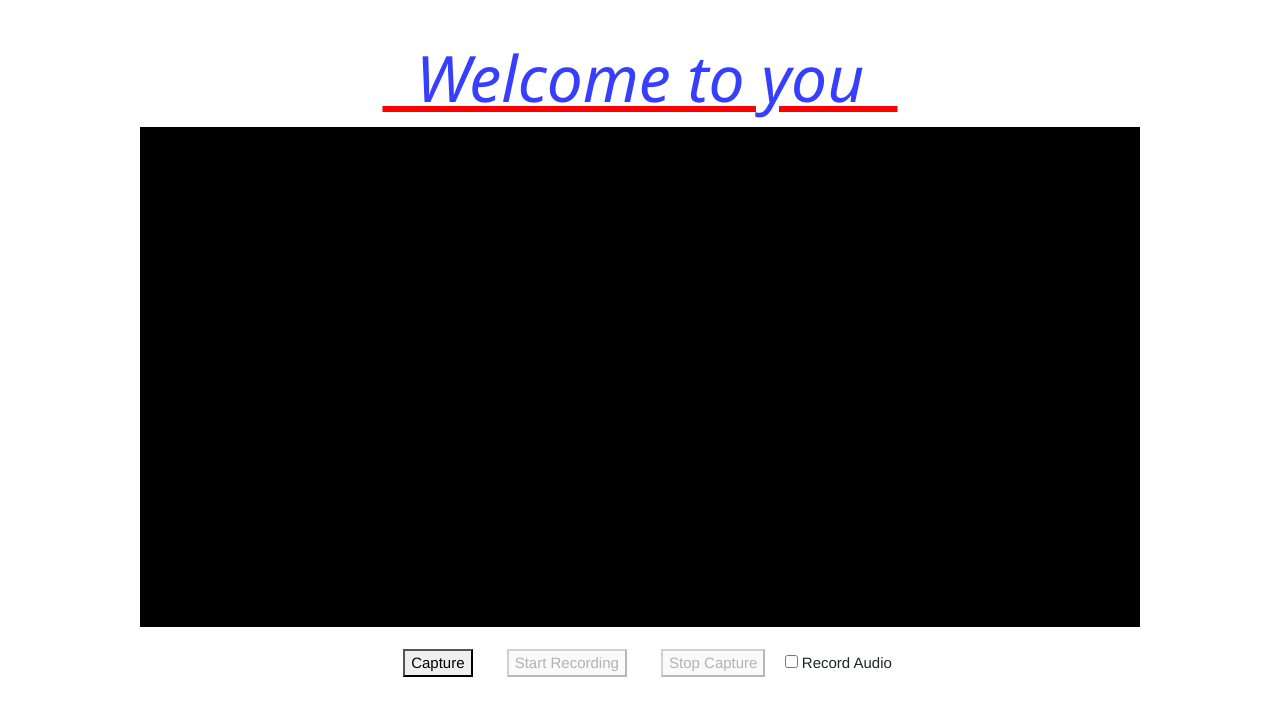
Repository: santiljanomalaj/recording_youtube
Page: index.html
The author's editor kept a copy of each file at every save. The page is drawn from the files as they stood at one save, then again after the next save.
The browser window is 1280 px wide. The pictures show the whole page.

Above is the page before, as saved 2020-04-29 18:45:02.

### index.html
<!DOCTYPE html>
<html lang="en">
  <head>
    <title>video/audio capture</title>
    <meta charset="utf-8" />
    <meta http-equiv="X-UA-Compatible" content="IE=edge" />
    <meta name="viewport" content="width=device-width, initial-scale=1" />

    <link rel="stylesheet" href="./css/bootstrap.min.css" />
    <link rel="stylesheet" href="./css/w3.css" />
    <link
      rel="stylesheet"
      href="https://fonts.googleapis.com/css?family=Tangerine"
    />
    <link rel="stylesheet" href="./css/style.css" />

    <!-- <script>
      if (location.protocol !== "https:") location.protocol = "https:";
    </script> -->
    <!-- import the webpage's stylesheet -->
  </head>
  <body>
    <center>
      <div class="w3-container w3-tangerine">
        <u style="color: red;"
          ><h1 class="w3-jumbo">&nbsp Welcome to you &nbsp</h1></u
        >
      </div>
      <p id="warning">
        Enable chrome://flags/#enable-experimental-web-platform-features
      </p>
      <video
        style="background-color: black; width: 1000px; height: 500px;"
        id="videoElement"
        autoplay
      ></video>
      <br />
      <button id="captureBtn">Capture</button>
      <button id="startBtn" disabled>Start Recording</button>
      <button id="stopBtn" disabled>Stop Capture</button>
      <input type="checkbox" id="audioToggle" />
      <label for="audioToggle">Record Audio</label>
      <a class="btn btn-primary" id="download" href="#" style="display: none;"
        >Download</a
      >
      <a
        type="button"
        class="btn btn-primary"
        id="trim"
        href="https://video-cut.glitch.me/"
        style="display: none;"
        target="trim"
        >Trim Video</a
      >
      <a
        type="button"
        class="btn btn-primary"
        id="convert"
        href="https://convert-to-mp4.glitch.me/"
        style="display: none;"
        target="convert"
        >Convert to MP4</a
      >
    </center>

    <script src="./js/comlink.js"></script>
    <script src="./js/jquery.min.js"></script>
    <script src="./js/popper.min.js"></script>
    <script src="https://maxcdn.bootstrapcdn.com/bootstrap/4.4.1/js/bootstrap.min.js"></script>

    <script>
      if ("getDisplayMedia" in navigator.mediaDevices)
        warning.style.display = "none";

      let blobs;
      let blob;
      let rec;
      let stream;

      captureBtn.onclick = async () => {
        trim.style.display = "none";
        convert.style.display = "none";
        download.style.display = "none";
        let audio = audioToggle.checked || false;

        stream = await navigator.mediaDevices.getDisplayMedia({
          video: true,
          audio: audio,
        });
        stream
          .getVideoTracks()
          .forEach((track) => (track.contentHint = "text"));
        videoElement.srcObject = stream;
        let opts = { mimeType: "video/webm; codecs=h264" };
        blobs = [];
        rec = new MediaRecorder(stream, opts);
        rec.ondataavailable = (e) => blobs.push(e.data);
        rec.onstop = () => {
          blob = new Blob(blobs, { type: "video/mp4" });
          let url = window.URL.createObjectURL(blob);
          download.href = url;
          download.download = "test.mp4";
          download.style.display = "block";
          trim.style.display = "block";
          convert.style.display = "block";
        };
        startBtn.disabled = false;
        captureBtn.disabled = true;
        audioToggle.disabled = true;
      };

      startBtn.onclick = () => {
        startBtn.disabled = true;
        stopBtn.disabled = false;
        rec.start();
      };

      stopBtn.onclick = () => {
        captureBtn.disabled = false;
        startBtn.disabled = true;
        stopBtn.disabled = true;
        audioToggle.disabled = false;
        rec.stop();
        stream.getTracks().forEach((s) => s.stop());
        videoElement.srcObject = null;
        stream = null;
      };

      trim.onclick = async (event) => {
        event.preventDefault();
        let cutWindow = window.open(event.target.href);
        let start = Comlink.proxy(cutWindow);
        setTimeout(async () => {
          let result = await start(
            new File([blob], "test.webm", { type: "video/webm" }),
            "00:00:00"
          );
        }, 1000);
      };

      convert.onclick = async (event) => {
        event.preventDefault();
        let convertWindow = window.open(event.target.href);
        let start = Comlink.proxy(convertWindow);
        setTimeout(async () => {
          let result = await start(
            new File([blob], "test.webm", { type: "video/webm" })
          );
        }, 1000);
      };
    </script>
  </body>
</html>

### css/style.css
/* CSS files add styling rules to your content */

body {
  font-family: "Benton Sans", "Helvetica Neue", helvetica, arial, sans-serif;
  margin: 2em;
}

h1 {
  font-style: italic;
  color: #373fff;
}

video {
  width: 1000px;
  height: 1000px;
}

button {
  margin: 1em;
  padding: 1;
}

.w3-tangerine {
  font-family: "Tangerine", serif;
}

### js/comlink.js
/**
 * Copyright 2017 Google Inc. All Rights Reserved.
 * Licensed under the Apache License, Version 2.0 (the "License");
 * you may not use this file except in compliance with the License.
 * You may obtain a copy of the License at
 *     http://www.apache.org/licenses/LICENSE-2.0
 * Unless required by applicable law or agreed to in writing, software
 * distributed under the License is distributed on an "AS IS" BASIS,
 * WITHOUT WARRANTIES OR CONDITIONS OF ANY KIND, either express or implied.
 * See the License for the specific language governing permissions and
 * limitations under the License.
 */
(function (factory) {
  if (typeof module === "object" && typeof module.exports === "object") {
    var v = factory(require, exports);
    if (v !== undefined) module.exports = v;
  } else if (typeof define === "function" && define.amd) {
    define(["require", "exports"], factory);
  } else {
    factory([], (self.Comlink = {}));
  }
})(function (require, exports) {
  "use strict";
  Object.defineProperty(exports, "__esModule", { value: true });
  const TRANSFERABLE_TYPES = [ArrayBuffer, MessagePort];
  const uid = Math.floor(Math.random() * Number.MAX_SAFE_INTEGER);
  const proxyValueSymbol = Symbol("proxyValue");
  const throwSymbol = Symbol("throw");
  const proxyTransferHandler = {
    canHandle: (obj) => obj && obj[proxyValueSymbol],
    serialize: (obj) => {
      const { port1, port2 } = new MessageChannel();
      expose(obj, port1);
      return port2;
    },
    deserialize: (obj) => {
      return proxy(obj);
    },
  };
  const throwTransferHandler = {
    canHandle: (obj) => obj && obj[throwSymbol],
    serialize: (obj) => obj.toString() + "\n" + obj.stack,
    deserialize: (obj) => {
      throw Error(obj);
    },
  };
  exports.transferHandlers = new Map([
    ["PROXY", proxyTransferHandler],
    ["THROW", throwTransferHandler],
  ]);
  let pingPongMessageCounter = 0;
  function proxy(endpoint, target) {
    if (isWindow(endpoint)) endpoint = windowEndpoint(endpoint);
    if (!isEndpoint(endpoint))
      throw Error(
        "endpoint does not have all of addEventListener, removeEventListener and postMessage defined"
      );
    activateEndpoint(endpoint);
    return cbProxy(
      async (irequest) => {
        let args = [];
        if (irequest.type === "APPLY" || irequest.type === "CONSTRUCT")
          args = irequest.argumentsList.map(wrapValue);
        const response = await pingPongMessage(
          endpoint,
          Object.assign({}, irequest, { argumentsList: args }),
          transferableProperties(args)
        );
        const result = response.data;
        return unwrapValue(result.value);
      },
      [],
      target
    );
  }
  exports.proxy = proxy;
  function proxyValue(obj) {
    obj[proxyValueSymbol] = true;
    return obj;
  }
  exports.proxyValue = proxyValue;
  function expose(rootObj, endpoint) {
    if (isWindow(endpoint)) endpoint = windowEndpoint(endpoint);
    if (!isEndpoint(endpoint))
      throw Error(
        "endpoint does not have all of addEventListener, removeEventListener and postMessage defined"
      );
    activateEndpoint(endpoint);
    attachMessageHandler(endpoint, async function (event) {
      if (!event.data.id || !event.data.callPath) return;
      const irequest = event.data;
      let that = await irequest.callPath
        .slice(0, -1)
        .reduce((obj, propName) => obj[propName], rootObj);
      let obj = await irequest.callPath.reduce(
        (obj, propName) => obj[propName],
        rootObj
      );
      let iresult = obj;
      let args = [];
      if (irequest.type === "APPLY" || irequest.type === "CONSTRUCT")
        args = irequest.argumentsList.map(unwrapValue);
      if (irequest.type === "APPLY") {
        try {
          iresult = await obj.apply(that, args);
        } catch (e) {
          iresult = e;
          iresult[throwSymbol] = true;
        }
      }
      if (irequest.type === "CONSTRUCT") {
        try {
          iresult = new obj(...args); // eslint-disable-line new-cap
          iresult = proxyValue(iresult);
        } catch (e) {
          iresult = e;
          iresult[throwSymbol] = true;
        }
      }
      if (irequest.type === "SET") {
        obj[irequest.property] = irequest.value;
        // FIXME: ES6 Proxy Handler `set` methods are supposed to return a
        // boolean. To show good will, we return true asynchronously ¯\_(ツ)_/¯
        iresult = true;
      }
      iresult = makeInvocationResult(iresult);
      iresult.id = irequest.id;
      return endpoint.postMessage(iresult, transferableProperties([iresult]));
    });
  }
  exports.expose = expose;
  function wrapValue(arg) {
    // Is arg itself handled by a TransferHandler?
    for (const [key, transferHandler] of exports.transferHandlers) {
      if (transferHandler.canHandle(arg)) {
        return {
          type: key,
          value: transferHandler.serialize(arg),
        };
      }
    }
    // If not, traverse the entire object and find handled values.
    let wrappedChildren = [];
    for (const item of iterateAllProperties(arg)) {
      for (const [key, transferHandler] of exports.transferHandlers) {
        if (transferHandler.canHandle(item.value)) {
          wrappedChildren.push({
            path: item.path,
            wrappedValue: {
              type: key,
              value: transferHandler.serialize(item.value),
            },
          });
        }
      }
    }
    for (const wrappedChild of wrappedChildren) {
      const container = wrappedChild.path
        .slice(0, -1)
        .reduce((obj, key) => obj[key], arg);
      container[wrappedChild.path[wrappedChild.path.length - 1]] = null;
    }
    return {
      type: "RAW",
      value: arg,
      wrappedChildren,
    };
  }
  function unwrapValue(arg) {
    if (exports.transferHandlers.has(arg.type)) {
      const transferHandler = exports.transferHandlers.get(arg.type);
      return transferHandler.deserialize(arg.value);
    } else if (isRawWrappedValue(arg)) {
      for (const wrappedChildValue of arg.wrappedChildren || []) {
        if (!exports.transferHandlers.has(wrappedChildValue.wrappedValue.type))
          throw Error(
            `Unknown value type "${arg.type}" at ${wrappedChildValue.path.join(
              "."
            )}`
          );
        const transferHandler = exports.transferHandlers.get(
          wrappedChildValue.wrappedValue.type
        );
        const newValue = transferHandler.deserialize(
          wrappedChildValue.wrappedValue.value
        );
        replaceValueInObjectAtPath(arg.value, wrappedChildValue.path, newValue);
      }
      return arg.value;
    } else {
      throw Error(`Unknown value type "${arg.type}"`);
    }
  }
  function replaceValueInObjectAtPath(obj, path, newVal) {
    const lastKey = path.slice(-1)[0];
    const lastObj = path.slice(0, -1).reduce((obj, key) => obj[key], obj);
    lastObj[lastKey] = newVal;
  }
  function isRawWrappedValue(arg) {
    return arg.type === "RAW";
  }
  function windowEndpoint(w) {
    if (self.constructor.name !== "Window") throw Error("self is not a window");
    return {
      addEventListener: self.addEventListener.bind(self),
      removeEventListener: self.removeEventListener.bind(self),
      postMessage: (msg, transfer) => w.postMessage(msg, "*", transfer),
    };
  }
  function isEndpoint(endpoint) {
    return (
      "addEventListener" in endpoint &&
      "removeEventListener" in endpoint &&
      "postMessage" in endpoint
    );
  }
  function activateEndpoint(endpoint) {
    if (isMessagePort(endpoint)) endpoint.start();
  }
  function attachMessageHandler(endpoint, f) {
    // Checking all possible types of `endpoint` manually satisfies TypeScript’s
    // type checker. Not sure why the inference is failing here. Since it’s
    // unnecessary code I’m going to resort to `any` for now.
    // if(isWorker(endpoint))
    //   endpoint.addEventListener('message', f);
    // if(isMessagePort(endpoint))
    //   endpoint.addEventListener('message', f);
    // if(isOtherWindow(endpoint))
    //   endpoint.addEventListener('message', f);
    endpoint.addEventListener("message", f);
  }
  function detachMessageHandler(endpoint, f) {
    // Same as above.
    endpoint.removeEventListener("message", f);
  }
  function isMessagePort(endpoint) {
    return endpoint.constructor.name === "MessagePort";
  }
  function isWindow(endpoint) {
    // TODO: This doesn’t work on cross-origin iframes.
    // return endpoint.constructor.name === 'Window';
    return ["window", "length", "location", "parent", "opener"].every(
      (prop) => prop in endpoint
    );
  }
  /**
   * `pingPongMessage` sends a `postMessage` and waits for a reply. Replies are
   * identified by a unique id that is attached to the payload.
   */
  function pingPongMessage(endpoint, msg, transferables) {
    const id = `${uid}-${pingPongMessageCounter++}`;
    return new Promise((resolve) => {
      attachMessageHandler(endpoint, function handler(event) {
        if (event.data.id !== id) return;
        detachMessageHandler(endpoint, handler);
        resolve(event);
      });
      // Copy msg and add `id` property
      msg = Object.assign({}, msg, { id });
      endpoint.postMessage(msg, transferables);
    });
  }
  function cbProxy(cb, callPath = [], target = function () {}) {
    return new Proxy(target, {
      construct(_target, argumentsList, proxy) {
        return cb({
          type: "CONSTRUCT",
          callPath,
          argumentsList,
        });
      },
      apply(_target, _thisArg, argumentsList) {
        // We use `bind` as an indicator to have a remote function bound locally.
        // The actual target for `bind()` is currently ignored.
        if (callPath[callPath.length - 1] === "bind")
          return cbProxy(cb, callPath.slice(0, -1));
        return cb({
          type: "APPLY",
          callPath,
          argumentsList,
        });
      },
      get(_target, property, proxy) {
        if (property === "then" && callPath.length === 0) {
          return { then: () => proxy };
        } else if (property === "then") {
          const r = cb({
            type: "GET",
            callPath,
          });
          return Promise.resolve(r).then.bind(r);
        } else {
          return cbProxy(cb, callPath.concat(property), _target[property]);
        }
      },
      set(_target, property, value, _proxy) {
        return cb({
          type: "SET",
          callPath,
          property,
          value,
        });
      },
    });
  }
  function isTransferable(thing) {
    return TRANSFERABLE_TYPES.some((type) => thing instanceof type);
  }
  function* iterateAllProperties(value, path = [], visited = null) {
    if (!value) return;
    if (!visited) visited = new WeakSet();
    if (visited.has(value)) return;
    if (typeof value === "string") return;
    if (typeof value === "object") visited.add(value);
    if (ArrayBuffer.isView(value)) return;
    yield { value, path };
    const keys = Object.keys(value);
    for (const key of keys)
      yield* iterateAllProperties(value[key], [...path, key], visited);
  }
  function transferableProperties(obj) {
    const r = [];
    for (const prop of iterateAllProperties(obj)) {
      if (isTransferable(prop.value)) r.push(prop.value);
    }
    return r;
  }
  function makeInvocationResult(obj) {
    for (const [type, transferHandler] of exports.transferHandlers) {
      if (transferHandler.canHandle(obj)) {
        const value = transferHandler.serialize(obj);
        return {
          value: { type, value },
        };
      }
    }
    return {
      value: {
        type: "RAW",
        value: obj,
      },
    };
  }
});

Loaded but not shown: css/bootstrap.min.css (library); css/w3.css (library); js/jquery.min.js (library); js/popper.min.js (library)

After the next save:
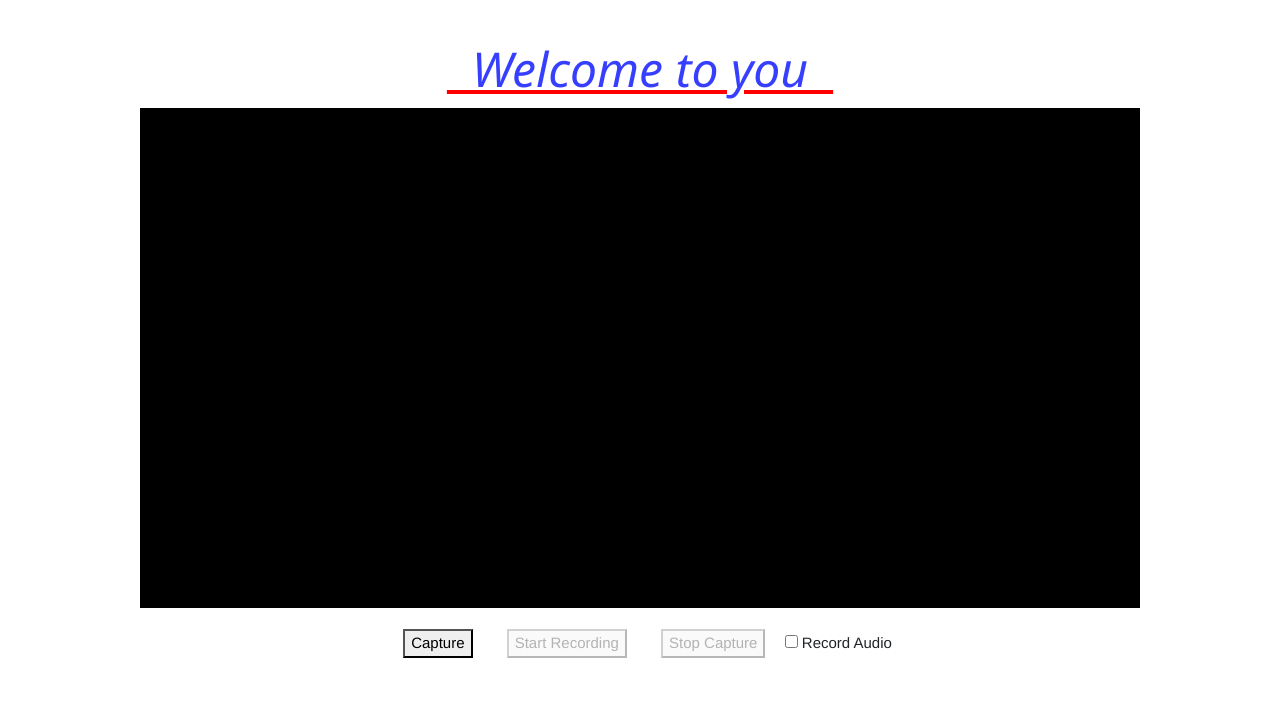
Saved 19 s later.
--- a/index.html
+++ b/index.html
@@ -23,7 +23,7 @@
     <center>
       <div class="w3-container w3-tangerine">
         <u style="color: red;"
-          ><h1 class="w3-jumbo">&nbsp Welcome to you &nbsp</h1></u
+          ><h1 class="w3-xxxlarge">&nbsp Welcome to you &nbsp</h1></u
         >
       </div>
       <p id="warning">
